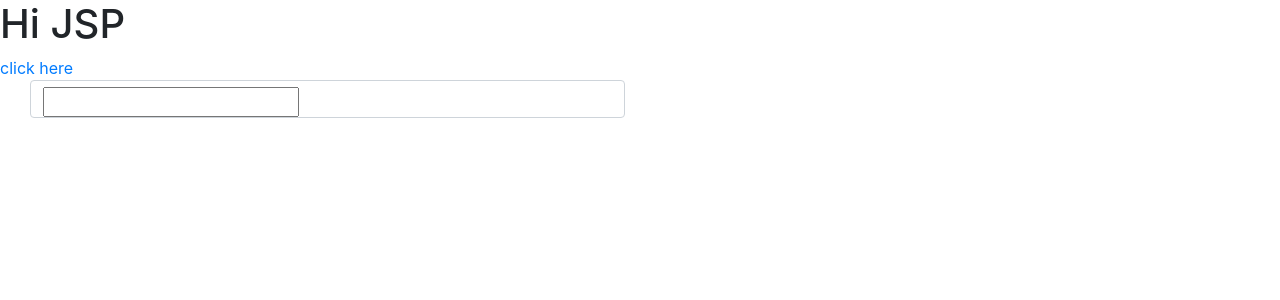
Repository: prashantkumarbind/Hospital-Weather-Concept
Page: http://localhost/weather-app/
An editor plug-in stored every save of this project. The page is shown before and after the next save, followed by the edit.
The browser window is 1280 px wide. The pictures show the whole page.
The page is served by Tomcat 9.

Above is the page before, as saved 2024-01-19 03:39:11.

After the next save:
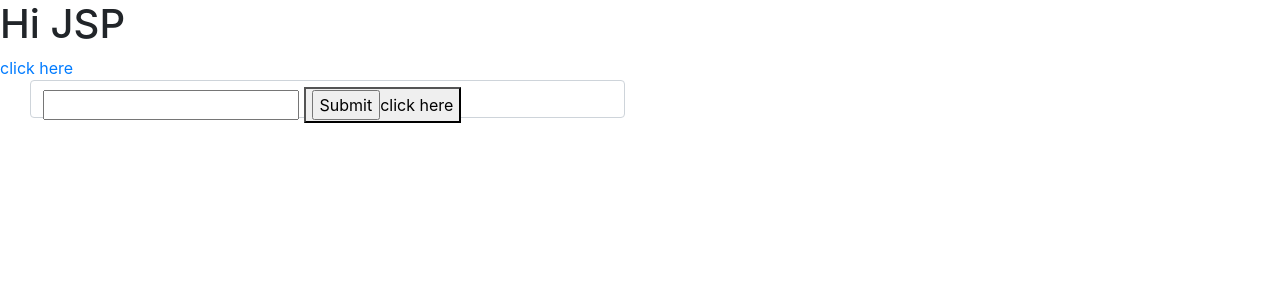
Saved 87 s later.
--- a/weather-app/src/main/webapp/index.jsp
+++ b/weather-app/src/main/webapp/index.jsp
@@ -20,6 +20,7 @@
 						<form action="FormDataController" method="Post">
 							 <div class="form-control">
 							 	<input type="text" name="city_name" class="">
+							 	<button clas="btn btn-success"><input type="submit" name="submit">click here</button>
 							 </div>
 						</form>
 					</div>
